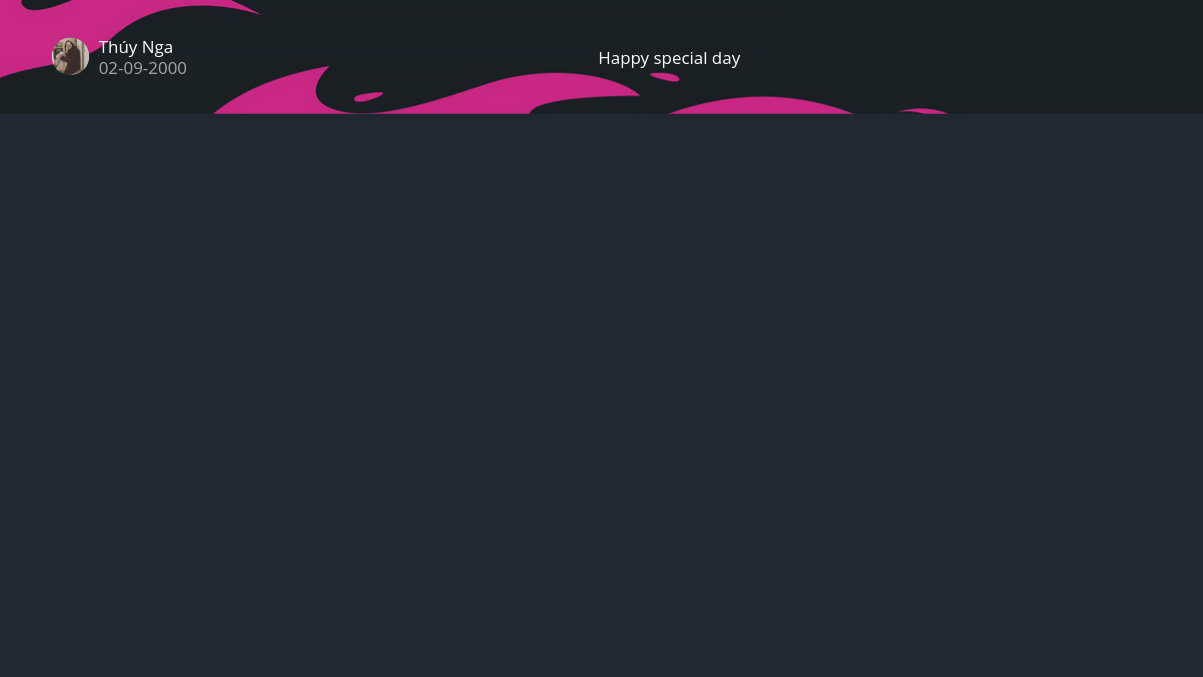
Repository: Datt21/p-happyB
Page: index.html
The author's editor kept a copy of each file at every save. The page is drawn from the files as they stood at one save, then again after the next save.
The browser window is 1280 px wide. The pictures show the whole page, at 94% of full size.
Some icons come from a web library that is not loaded, so they are not drawn.

Above is the page before, as saved 2021-08-31 04:39:24.

### index.html
<!DOCTYPE html>
<html lang="en">
<head>
    <meta charset="UTF-8">
    <meta http-equiv="X-UA-Compatible" content="IE=edge">
    <meta name="viewport" content="width=device-width, initial-scale=1.0">
    <title>Document</title>
    <link rel="stylesheet" href="https://unicons.iconscout.com/release/v4.0.0/css/line.css">
    <link rel="stylesheet" href="./app.css">
</head>
<body>
<div class="wrapper">
    <header class="header">
        <div class="container">
            <div class="header-main">
                <div class="header-info">
                    <img src="./images/lemon.jpg" alt="" class="img-logo">
                    <div class="info">
                        <div class="info-name">Thúy Nga</div>
                        <div class="birth-day">02-09-2000 <i class="uil uil-users-alt"></i> </div>
                    </div>
                </div>

                <div class="menu">
                    <span class="text">Happy special day</span>
                </div>

                <div class="icon-gift">
                    <a href=""><i class="uil uil-gift"></i></a>
                </div>
            </div>
        </div>
    </header>
</div>
    <script src="./app.js"></script>
</body>
</html>

### app.css
html {
    box-sizing: border-box;
}

* {
    margin: 0;
    padding: 0;
}

*,
*:before,
*:after {
    box-sizing: border-box;
}

a {
    text-decoration: none;
}

img {
    display: block;
    max-width: 100%;
}

html {
    scroll-behavior: smooth;
}

body {
    font-family: "Open sans", sans-serif;
    font-size: 18px;
    line-height: 1;
    color: white;
    background-color: #222831;
    overflow-x: hidden;
}

.wrapper {
    max-width: 1700px;
    margin: 0 auto;
    background: url("../images/banner.jpg") no-repeat top/100%;
}

.container {
    max-width: 1200px;
    margin: 0 auto;
    padding: 0 15px;
}

.img-logo {
    max-width: 40px;
    max-height: 40px;
    border-radius: 50%;
}

.header-main {
    display: flex;
    justify-content: space-between;
    align-items: center;
    padding: 40px 0;
}

.header-info {
    display: flex;
    gap: 0 10px;
}

.info-name {
    padding-bottom: 5px;
}

.birth-day {
    opacity: 0.6;
}

Loaded but not shown: app.js (no copy from this time; the picture is the same without it)

After the next save:
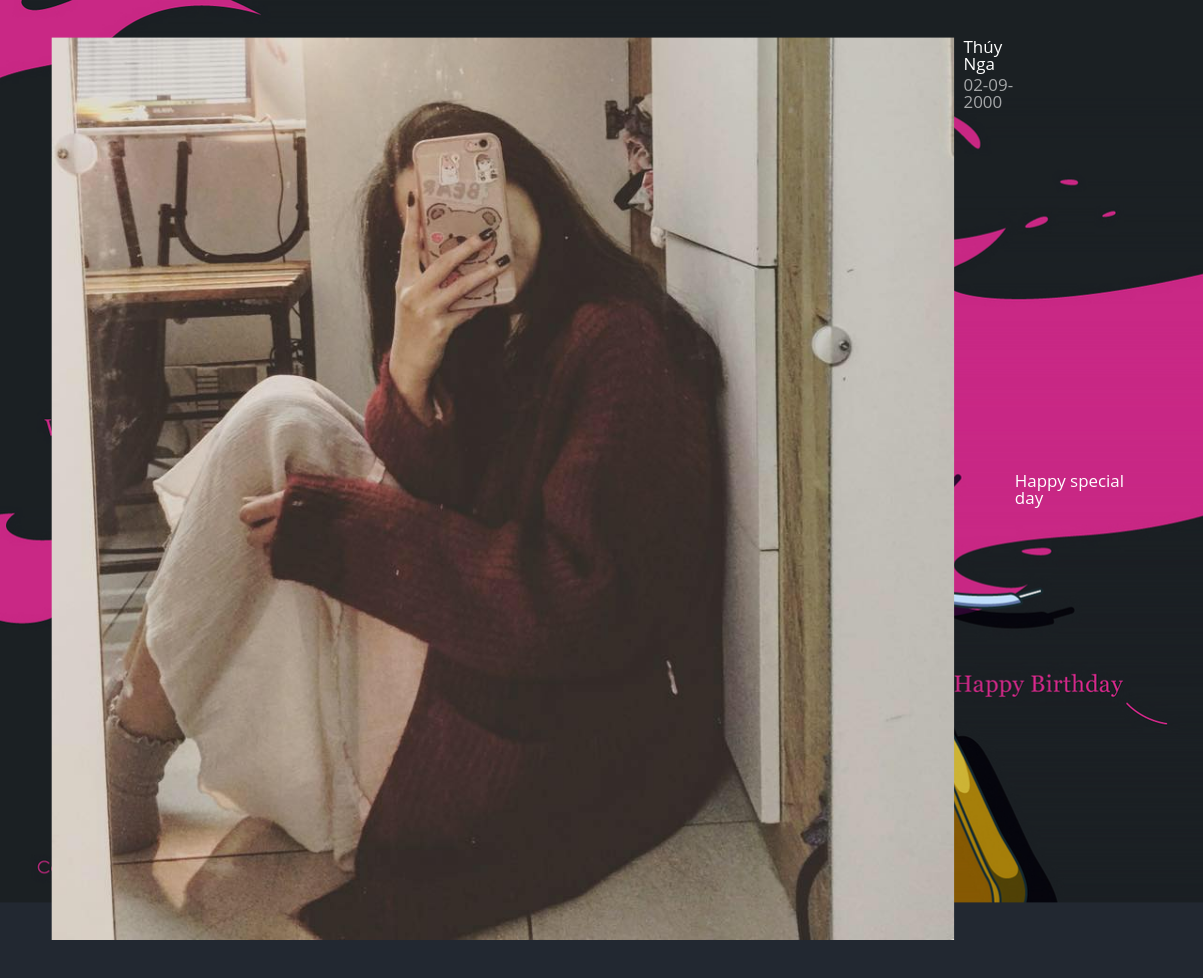
Saved 4 s later.
--- a/app.css
+++ b/app.css
@@ -48,9 +48,9 @@ body {
 }
 
 .img-logo {
-    max-width: 40px;
+    /* max-width: 40px;
     max-height: 40px;
-    border-radius: 50%;
+    border-radius: 50%; */
 }
 
 .header-main {
